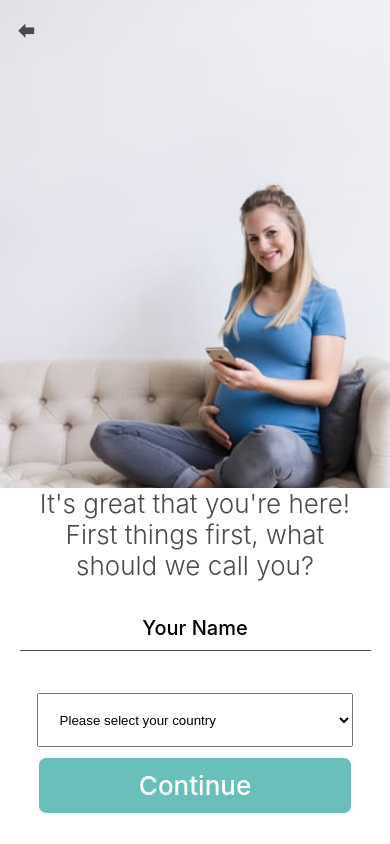
Repository: pheonixlegend/keleya
Screen: /Name
These files come from the project's save history. The screen is drawn as it stood at one moment and after the next save; the edit follows.
The app was drawn by React Native's web renderer in a window 390 px wide. The project was rebuilt for these pictures with package versions that can differ from the ones it lists, and the page was loaded fresh each time. Also part of the build but not shown: components/ImageHeader.tsx, components/LoginSignupDetails.tsx, screens/SignUp.tsx, screens/SignIn.tsx, screens/Date.tsx, screens/Workout.tsx, screens/Success.tsx.

Above is the screen before, as saved 2021-10-10 14:31:46.

### App.tsx
import { StatusBar } from 'expo-status-bar';
import React from 'react';
import { StyleSheet, Text, View } from 'react-native';
import Home from './screens/Home';
import { NavigationContainer } from '@react-navigation/native';
import AppStack from './routes/AppStack';

export default function App() {
  return (
    <NavigationContainer>
      <AppStack />
    </NavigationContainer>
  );
}

const styles = StyleSheet.create({
  container: {
    flex: 1,
    backgroundColor: '#fff',
    alignItems: 'center',
    justifyContent: 'center',
  },
});

### routes/AppStack.tsx
import { createStackNavigator } from '@react-navigation/stack';
import { Image } from 'react-native';
import Home from '../screens/Home';
import ImageHeader from '../components/ImageHeader';
import SignUp from '../screens/SignUp';
import SignIn from '../screens/SignIn';
import Name from '../screens/Name';
import Date from '../screens/Date';
import Workout from '../screens/Workout';
import Success from '../screens/Success';
import React from 'react';
import { Entypo } from '@expo/vector-icons';
import {RootStackParamList} from '../routes/RootStackPrams';

const Stack = createStackNavigator<RootStackParamList>();
    const appStack = () => {
        return (
            <Stack.Navigator
                screenOptions={{
                headerShown: false,
                headerTransparent: true,
                headerStyle: {
                  },
                  headerBackTitleStyle: {
                      opacity: 0,
                  },
                  headerTintColor: 'transparent'
                }}
            >
                <Stack.Screen name="Home" component={Home} />
                <Stack.Screen
                    name="SignUp"
                    component={SignUp}
                    options={{
                        headerShown: true,
                        headerBackImage: ()=>(<Entypo name='arrow-left' size={22}
                        color="#4a4a4a" style={{ paddingLeft: '20%', marginTop: '-10%' }} />)
                    }}
                />
                <Stack.Screen
                    name="SignIn"
                    component={SignIn}
                    options={{
                        headerShown: true,
                        headerBackImage: ()=>(<Entypo name='arrow-left' size={22}
                        color="#4a4a4a" style={{ paddingLeft: '20%', marginTop: '-10%' }} />)
                    }}
                />
                <Stack.Screen
                    name="Name"
                    component={Name}
                    options={{
                        headerShown: true,
                        headerBackImage: ()=>(<Entypo name='arrow-left' size={22}
                        color="#4a4a4a" style={{ paddingLeft: '20%', marginTop: '-10%' }} />)
                    }}
                />
                <Stack.Screen
                    name="Date"
                    component={Date}
                    options={{
                        headerShown: true,
                        headerBackImage: ()=>(<Entypo name='arrow-left' size={22}
                        color="#4a4a4a" style={{ paddingLeft: '20%', marginTop: '-10%' }} />)
                    }}
                />
                <Stack.Screen
                    name="Workout"
                    component={Workout}
                    options={{
                        headerShown: true,
                        headerBackImage: ()=>(<Entypo name='arrow-left' size={22}
                        color="#4a4a4a" style={{ paddingLeft: '20%', marginTop: '-10%' }} />)
                    }}
                />
                <Stack.Screen
                    name="Success"
                    component={Success}
                    options={{
                        headerShown: false,
                        headerBackImage: ()=>(<Entypo name='arrow-left' size={22}
                        color="#4a4a4a" style={{ paddingLeft: '20%', marginTop: '-10%' }} />)
                    }}
                />
            </Stack.Navigator>
        )
    }
export default appStack

### screens/Home.tsx
import { StatusBar } from 'expo-status-bar';
import React from 'react';
import { StyleSheet, Text, View, Button, Image, SafeAreaView, ImageBackground, TouchableOpacity } from 'react-native';
import { Global } from '../styles/Global';
import {useNavigation} from '@react-navigation/native';
import {StackNavigationProp} from '@react-navigation/stack';
import {RootStackParamList} from '../routes/RootStackPrams';

type authScreenProp = StackNavigationProp<RootStackParamList, 'Home'>;

function Home() {
  /* const signUpHandler = () => {
    navigation.push("Sign Up")
  }

  const signInHandler = () => {
    navigation.push("Sign In")
  }
 */
  const navigation = useNavigation<authScreenProp>();

  return (
    <ImageBackground source={require('../assets/images/first-intro-image.png')} style={styles.backgroundImage} >

    <SafeAreaView style={Global.container}>
      <StatusBar backgroundColor={'transparent'} translucent/>

      <View style={styles.imageContainer}>
        <Image source={require('../assets/images/keleya-logo.png')} style={styles.image} resizeMode="contain" />
      </View>

      <View style={styles.centeredView}>
        <Text style={styles.subText}>For a fit and relaxed pregnancy</Text>
      </View>

      <View style={styles.buttonContainer}>
      <TouchableOpacity style={styles.customBtnBGBottom} onPress={() => navigation.navigate('SignUp')}>
        <Text style={styles.customBtnTextBottom}>Get started</Text>
      </TouchableOpacity>


      <TouchableOpacity style={styles.customBtnBGBottom2} onPress={() => navigation.navigate('SignIn')}>
        <Text style={styles.customBtnTextBottom2}>Or login</Text>
      </TouchableOpacity>
      </View>
    </SafeAreaView>

    </ImageBackground>
  )
}

const styles = StyleSheet.create({
  imageContainer: {
    justifyContent: 'center',
    alignItems: 'center',
    height: '20%'
  },

  backgroundImage: {
    flex: 1,
    width: undefined,
    height: undefined,
    resizeMode: 'cover'
  },

  centeredView: {
    justifyContent: 'center',
    alignItems: 'center'
  },

  image: {
    width: '23%',
    height: '100%'
  },

  subText: {
    textAlign: 'center',
    fontSize: 24,
    fontWeight: "500",
    marginTop: '-3%',
    width: '53%',
    color: "#4a4a4a"
  },

  buttonContainer: {
    flex: 1,
    alignItems: 'center',
    height: '12.4%',
  },

  customBtnBGBottom: {
    backgroundColor: "#69c0ba",
    borderRadius: 7,
    width: '85%',
    height: '6.2%',
    position: 'absolute',
    bottom: 0,
    marginBottom: '23%',
    justifyContent: 'center',
    alignItems: 'center',
  },

  customBtnBGBottom2: {
    backgroundColor: "transparent",
    borderRadius: 7,
    width: '85%',
    position: 'absolute',
    bottom: 0,
    marginBottom: '10%',
    justifyContent: 'center',
    alignItems: 'center',
  },

  customBtnTextBottom: {
    fontSize: 26,
    fontWeight: "500",
    color: "#fff",
    textAlign: "center"
  },

  customBtnTextBottom2: {
    fontSize: 21,
    fontWeight: "600",
    color: "#4a4a4a",
    textAlign: "center"
  }

});

export default Home

### screens/Name.tsx
import {useNavigation} from '@react-navigation/native';
import { StatusBar } from 'expo-status-bar';
import React from 'react';
import { StyleSheet, Text, View, SafeAreaView, TouchableOpacity, TextInput } from 'react-native';
import { Global } from '../styles/Global';
import ImageHeaderMedium from '../components/ImageHeaderMedium';
import {StackNavigationProp} from '@react-navigation/stack';
import {RootStackParamList} from '../routes/RootStackPrams';
import NameTimeDetails from '../components/NameTimeDetails';

type nameScreenProp = StackNavigationProp<RootStackParamList, 'Name'>;

function Name() {
  const navigation = useNavigation<nameScreenProp>();

 return (
    <SafeAreaView style={styles.mainContainer}>
      <StatusBar backgroundColor={'transparent'} translucent/>
      <ImageHeaderMedium screenType = "nameScreen"/>
      {<NameTimeDetails screenType = "nameScreen" /> }

      <View style={styles.buttonContainer}>
          <TouchableOpacity style={styles.customBtnBGBottom} onPress={() => navigation.navigate('Date')}>
            <Text style={styles.customBtnTextBottom}>Continue</Text>
          </TouchableOpacity>
      </View>
    </SafeAreaView>
  )
}

const styles = StyleSheet.create({
  mainContainer: {
    flex: 1,
    backgroundColor: 'white'
  },

  forgotPasswordText: {
    textAlign: 'center',
    fontSize: 19,
    width: '90%',
    fontWeight: "300",
    color: "#4a4a4a",
    paddingBottom: '7%'
  },

  buttonContainer: {
    alignItems: 'center',
    width: '100%',
    bottom: 0,
    position: 'absolute',
  },

  customBtnBGBottom: {
    backgroundColor: "#69c0ba",
    borderRadius: 7,
    width: '80%',
    paddingTop: '3%',
    paddingBottom: '3%',
    marginBottom: '8%',
    justifyContent: 'center',
    alignItems: 'center',
  },

  customBtnTextBottom: {
    fontSize: 26,
    fontWeight: "500",
    color: "#ffff",
    textAlign: "center"
  }

});

export default Name

### styles/Global.tsx
import { StyleSheet } from 'react-native';

export const Global = StyleSheet.create({
    container: {
        flex: 1,
        backgroundColor: 'transparent',
    }
})

### components/ImageHeaderMedium.tsx
import React, { useState, FC } from 'react';
import { Text, View, StyleSheet, Image } from 'react-native';
import { Entypo } from '@expo/vector-icons';
import { LinearGradient } from 'expo-linear-gradient';

interface Props {
  screenType: string;
}

const ImageHeaderMedium: FC<Props> = ({ screenType }) => {

  let imageCondition = require('../assets/images/couch_smile.jpg')

  if (screenType == "dateScreen") {
    imageCondition = require('../assets/images/due-date-background-image.jpg')
  }
  else if (screenType == "workoutScreen") {
    imageCondition = require('../assets/images/workout-goal-background-image.jpg')
  }

  return (
    <Image source={imageCondition}
      style={[styles.image, screenType == "dateScreen" ? { height: '80%' }
      : { height: '65%' }]} resizeMode="cover">
    </Image>
  );
}

const styles = StyleSheet.create({
  image: {
    flex: 1,
    position: 'absolute',
    width: '100%'
  }
});

export default ImageHeaderMedium

### components/NameTimeDetails.tsx
import React, { useState, FC } from 'react';
import { Text, View, StyleSheet, TextInput } from 'react-native';
import { MaterialIcons } from '@expo/vector-icons';
import { CheckBox } from 'react-native-elements';
import { Picker } from "@react-native-picker/picker";

interface Props {
  screenType: string;
}

const NameTimeDetails: FC<Props> = ({ screenType }) => {

 // const [screenType, setScreenType] = useState(0);
 const [country, setCountry] = useState('Unknown');

  return (
    <View>
      <Text style={[styles.titleText, screenType == "workoutScreen" ? { display: 'flex' }
            : { display: 'none' }]}>
          How many times a week do you want to be active
      </Text>
      <View style={styles.centeredView}>
        <Text style={[styles.subText, screenType == "workoutScreen" ? { display: 'none' }
            : { display: 'flex' }]}>
          {screenType == "nameScreen" ?
            'It\'s great that you\'re here! First things first, what should we call you?'
           : 'When is your baby due, Sam?'}
        </Text>

        <TextInput
          placeholder="Your Name"
          style={[styles.input, screenType == "workoutScreen" ? { display: 'none' }
          : { display: 'flex' }]}
        />

        <Picker
          selectedValue={country}
          onValueChange={(value, index) => setCountry(value)}
          mode="dropdown" // Android only
          style={styles.picker}
        >
          <Picker.Item label="Please select your country" value="Unknown" />
          <Picker.Item label="Australia" value="Australia" />
          <Picker.Item label="Belgium" value="Belgium" />
          <Picker.Item label="Canada" value="Canada" />
          <Picker.Item label="India" value="India" />
          <Picker.Item label="Japan" value="Japan" />

        </Picker>
      </View>
    </View>
  )
}

const styles = StyleSheet.create({
  centeredView: {
    justifyContent: 'flex-start',
    alignItems: 'center',
    backgroundColor: 'white',
    marginTop: '125%',
    paddingLeft: '5%',
    paddingRight: '5%'
  },

  subText: {
    textAlign: 'center',
    fontSize: 26,
    width: '90%',
    fontWeight: "300",
    color: "#4a4a4a",
    paddingBottom: '10%'
  },

  titleText: {
    textAlign: 'center',
    fontSize: 26,
    width: '100%',
    paddingLeft: '10%',
    paddingRight: '10%',
    fontWeight: "300",
    color: "#4a4a4a",
    paddingBottom: '10%',
    position: 'absolute',
    top: 0,
    paddingTop: '10%'
  },

  forgotPasswordText: {
    textAlign: 'center',
    fontSize: 19,
    width: '90%',
    fontWeight: "300",
    color: "#4a4a4a",
    paddingBottom: '7%'
  },

  buttonContainer: {
    alignItems: 'center',
    width: '100%',
    bottom: 0,
    position: 'absolute',
  },

  customBtnBGBottom: {
    backgroundColor: "#69c0ba",
    borderRadius: 7,
    width: '80%',
    paddingTop: '3%',
    paddingBottom: '3%',
    marginBottom: '8%',
    justifyContent: 'center',
    alignItems: 'center',
  },

  customBtnTextBottom: {
    fontSize: 26,
    fontWeight: "500",
    color: "#ffff",
    textAlign: "center"
  },

  input: {
    width: '100%',
    fontSize: 20,
    textAlign: 'center',
    fontWeight: '500',
    paddingLeft: '10%',
    paddingRight: '10%',
    paddingBottom: '3%',
    marginBottom: '12%',
    borderBottomColor: '#4a4a4a',
    borderBottomWidth: 1
  },

  checkboxView: {
    alignItems:'flex-start',
    justifyContent:'flex-start',
    marginTop: '-6%',
    paddingLeft: '5%',
    paddingRight: '5%',
    // display: 'none'
  },

  label: {
    margin: 8,
  },

  picker: {
    width: '90%',
    padding: '5%',
  }
});

export default NameTimeDetails

After the next save:
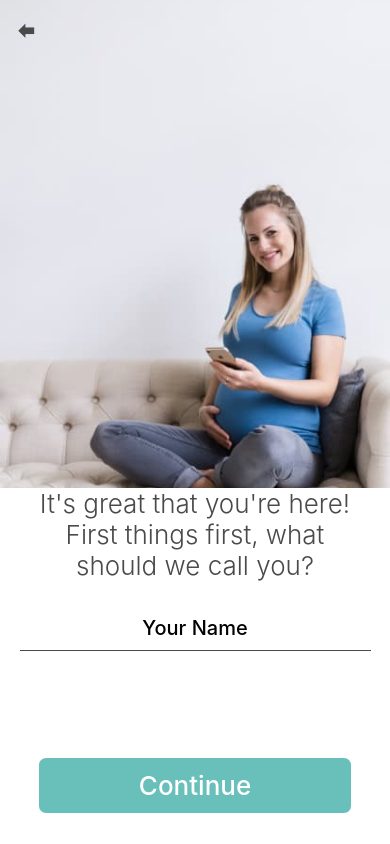
Saved 4 min 57 s later.
--- a/components/NameTimeDetails.tsx
+++ b/components/NameTimeDetails.tsx
@@ -37,7 +37,8 @@ const NameTimeDetails: FC<Props> = ({ screenType }) => {
           selectedValue={country}
           onValueChange={(value, index) => setCountry(value)}
           mode="dropdown" // Android only
-          style={styles.picker}
+          style={[styles.titleText, screenType == "workoutScreen" ? { display: 'flex' }
+          : { display: 'none' }]}
         >
           <Picker.Item label="Please select your country" value="Unknown" />
           <Picker.Item label="Australia" value="Australia" />
